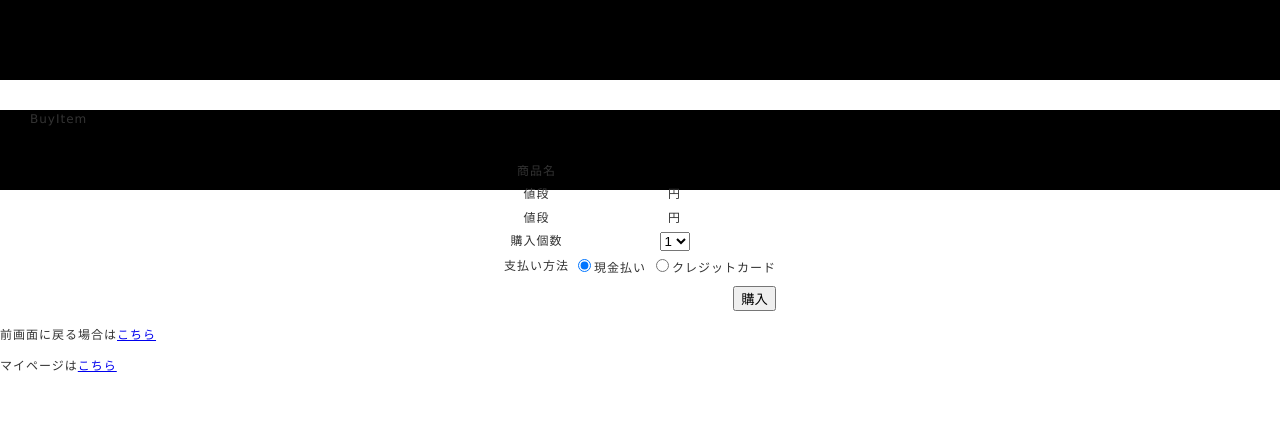
Repository: mjeeeex333/mjfile
Page: http://localhost/ecsite/LoginAction.action
These files come from the project's save history. The page is drawn as it stood at one moment and after the next save; the edit follows.
The browser window is 1280 px wide. The pictures show the whole page.
The page is served by Tomcat 9.

Above is the page before, as saved 2018-10-22 11:34:48.

After the next save:
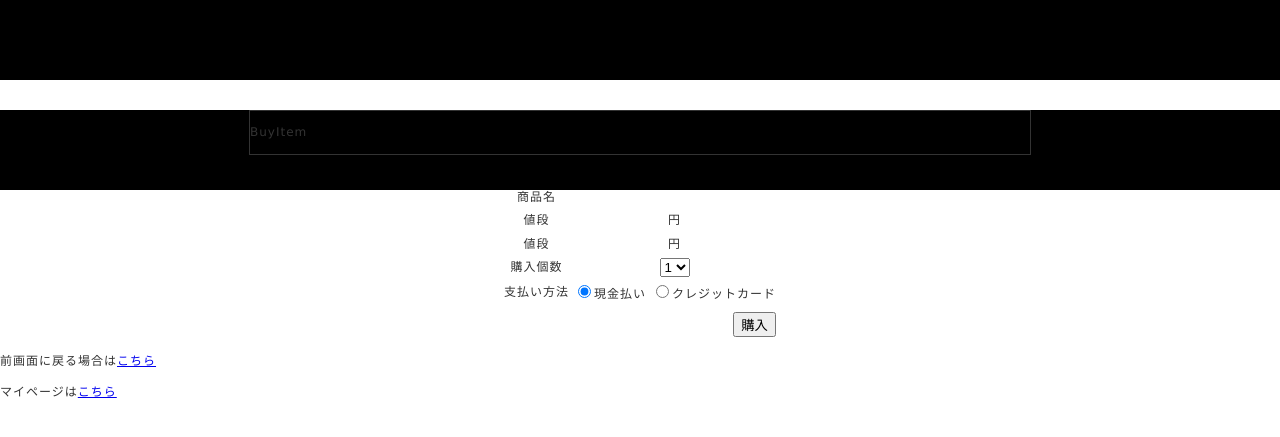
Saved 32 s later.
--- a/ecsite/WebContent/buyItem.jsp
+++ b/ecsite/WebContent/buyItem.jsp
@@ -37,7 +37,8 @@ margin:0 auto;
 
 #top{
 width:780px;
-margin:30px;
+margin:30px auto;
+border:1px solid #333;
 }
 
 #header{
